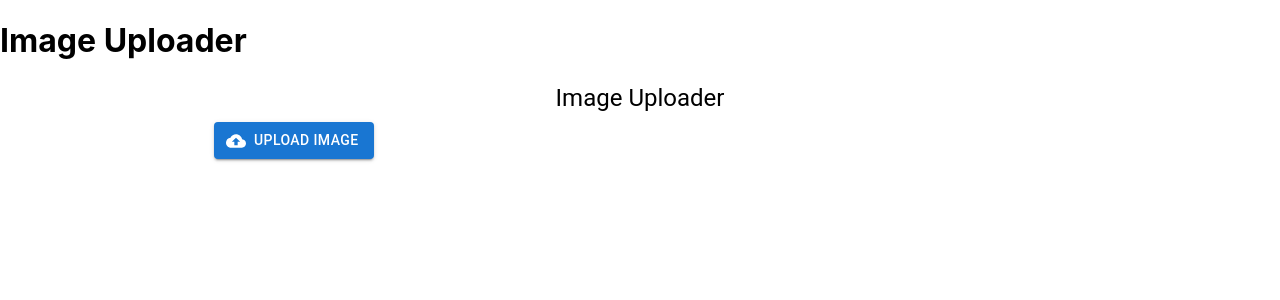
Repository: zfranke/SoTMapSearch
Page: / (app in sotmapsearch/)
An editor plug-in stored every save of this project. The page is shown before and after the next save, followed by the edit.
The browser window is 1280 px wide. The pictures show the whole page.
The project was rebuilt for these pictures with package versions that can differ from the ones it lists, and the page was loaded fresh each time.

Above is the page before, as saved 2023-12-17 21:21:09.

After the next save:
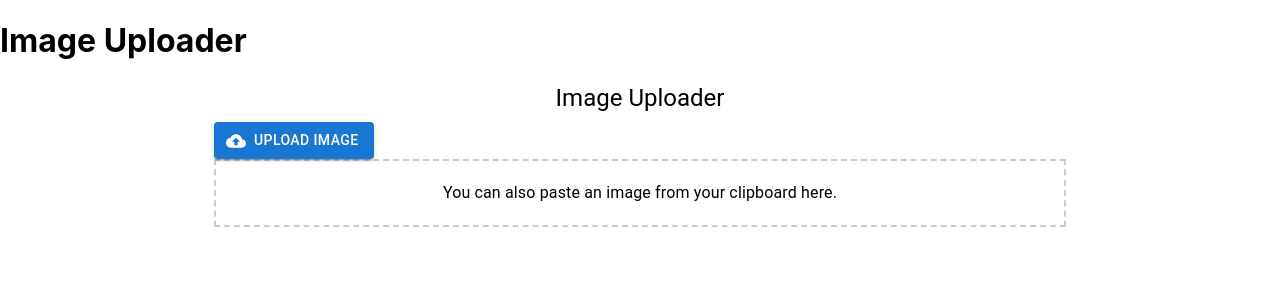
Saved 32 min 34 s later.
--- a/sotmapsearch/src/components/ImageUpload.js
+++ b/sotmapsearch/src/components/ImageUpload.js
@@ -11,6 +11,20 @@
     if (file) {
       const imageUrl = URL.createObjectURL(file);
       setSelectedImage(imageUrl);
+    }
+  };
+
+  // Function to handle pasted images
+  const handlePaste = (event) => {
+    const items = event.clipboardData.items;
+    for (let i = 0; i < items.length; i++) {
+      const item = items[i];
+      if (item.type.indexOf('image') !== -1) {
+        const blob = item.getAsFile();
+        const imageUrl = URL.createObjectURL(blob);
+        setSelectedImage(imageUrl);
+        break;
+      }
     }
   };
 
@@ -35,6 +49,19 @@
           Upload Image
         </Button>
       </label>
+      <div
+        onPaste={handlePaste}
+        style={{
+          border: '2px dashed #ccc',
+          padding: '20px',
+          textAlign: 'center',
+          cursor: 'pointer',
+        }}
+      >
+        <Typography variant="body1">
+          You can also paste an image from your clipboard here.
+        </Typography>
+      </div>
       {selectedImage && (
         <div>
           <Typography variant="h6" align="center" gutterBottom>
